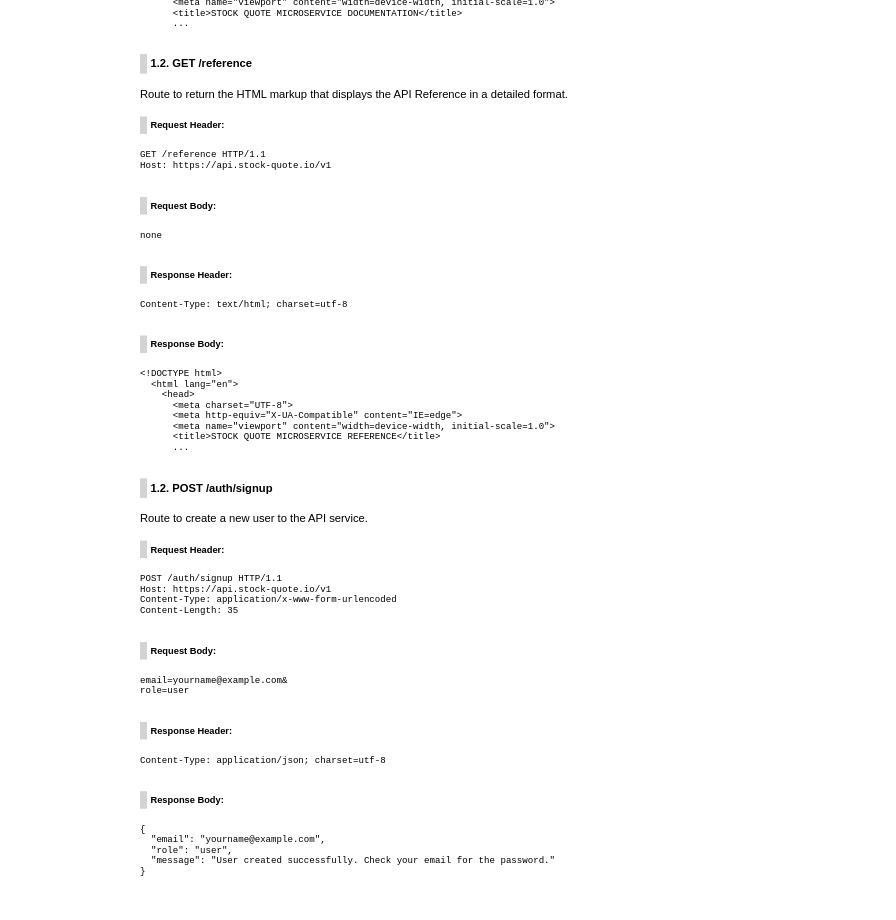
Repository: miguelamello/nest-js
Page: stock-service/reference.html
An editor plug-in stored every save of this project. The page is shown before and after the next save, followed by the edit.
The browser window is 1280 px wide. The pictures show the part of the page from y = 806 to 2726 px (the page is 2120 px tall before and 2726 px after), at 70% of full size.

Above is the page before, as saved 2023-04-03 14:14:46.

After the next save:
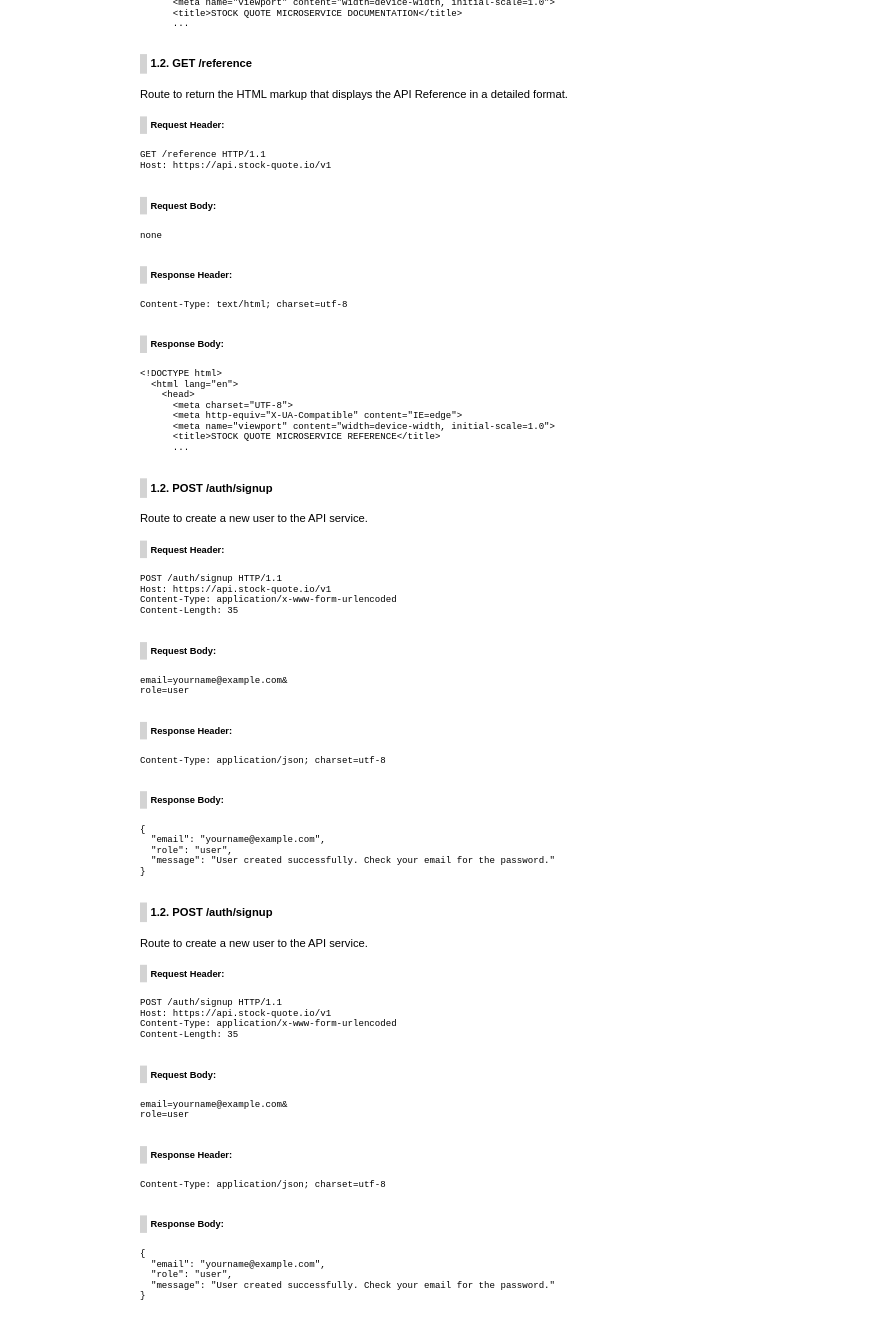
Saved 21 s later.
--- a/stock-service/reference.html
+++ b/stock-service/reference.html
@@ -147,5 +147,39 @@ Content-Type: application/json; charset=utf-8
 }
   </pre>
 
+  <!-- 1.2. POST /auth/signup  -->
+  <p>
+    <h4>1.2. POST /auth/signup</h4>
+    Route to create a new user to the API service.
+  </p>
+  <h5>Request Header:</h5>
+  <pre>
+POST /auth/signup HTTP/1.1
+Host: https://api.stock-quote.io/v1
+Content-Type: application/x-www-form-urlencoded
+Content-Length: 35
+  </pre>
+
+  <h5>Request Body:</h5>
+  <pre>
+email=yourname@example.com&
+role=user
+  </pre>
+
+  <h5>Response Header:</h5>
+  <pre>
+Content-Type: application/json; charset=utf-8
+  </pre>
+
+  <h5>Response Body: </h5>
+
+  <pre>
+{
+  "email": "yourname@example.com",
+  "role": "user",
+  "message": "User created successfully. Check your email for the password."
+}
+  </pre>
+
 </body>
 </html>
